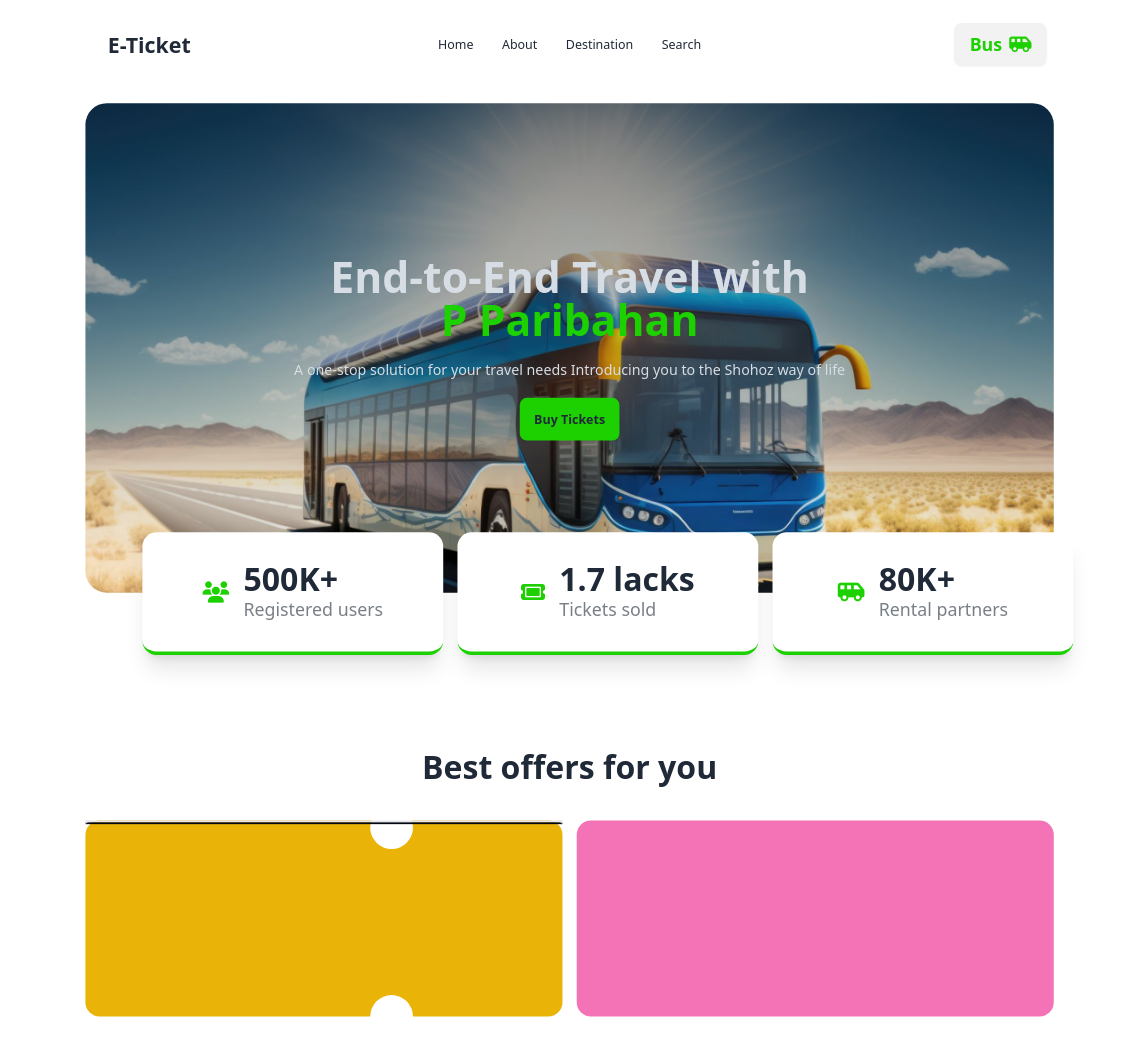
Repository: RudrasahaDibos/Smart-ticketing
Page: index.html
An editor plug-in stored every save of this project. The page is shown before and after a run of saves, followed by the edit.
The browser window is 1280 px wide. The pictures show the whole page, at 89% of full size.
Some web fonts or font styles are not loaded; a fallback is used. Some web libraries are served in a nearby version.

Above is the page before, as saved 2024-11-10 01:26:16.

### index.html
<!DOCTYPE html>
<html lang="en">
<head>
    <meta charset="UTF-8">
    <meta name="viewport" content="width=device-width, initial-scale=1.0">
    <title>Smart-ticketing</title>
    <!-- tailwind link -->
<link href="https://cdn.jsdelivr.net/npm/daisyui@4.12.14/dist/full.min.css" rel="stylesheet" type="text/css" />
<script src="https://cdn.tailwindcss.com"></script>
<!-- font awesome link -->
<link rel="stylesheet" href="https://cdnjs.cloudflare.com/ajax/libs/font-awesome/6.6.0/css/all.min.css" integrity="sha512-Kc323vGBEqzTmouAECnVceyQqyqdsSiqLQISBL29aUW4U/M7pSPA/gEUZQqv1cwx4OnYxTxve5UMg5GT6L4JJg==" crossorigin="anonymous" referrerpolicy="no-referrer" />

<!-- google fonts  -->
<link rel="preconnect" href="https://fonts.googleapis.com">
<link rel="preconnect" href="https://fonts.gstatic.com" crossorigin>
<link href="https://fonts.googleapis.com/css2?family=Anton+SC&family=Manrope:wght@200..800&family=Raleway:ital,wght@0,100..900;1,100..900&display=swap" rel="stylesheet">

<style>
.raleway{
  font-family: "Raleway", sans-serif;
}
</style>



</head>
<body>
    <!-- header ends here -->
    <header  class="container mx-auto lg:pl-24 lg:pr-24 lg:pt-4 w-[1400px]">
               <div>
                <!-- navbar starts here -->
                <div class="navbar bg-base-100">
                    <div class="navbar-start">
                      <div class="dropdown">
                        <div tabindex="0" role="button" class="btn btn-ghost lg:hidden">
                          <svg
                            xmlns="http://www.w3.org/2000/svg"
                            class="h-5 w-5"
                            fill="none"
                            viewBox="0 0 24 24"
                            stroke="currentColor">
                            <path
                              stroke-linecap="round"
                              stroke-linejoin="round"
                              stroke-width="2"
                              d="M4 6h16M4 12h8m-8 6h16" />
                          </svg>
                        </div>
                        <ul
                          tabindex="0"
                          class="menu menu-sm dropdown-content bg-base-100 rounded-box z-[1] mt-3 w-52 p-2 shadow">
                          <li><a>Home</a></li>
                          <li><a>About</a></li>
                          <li><a>Destination</a></li>
                          <li><a>Search</a></li>
                        </ul>
                      </div>
                      <a class="btn btn-ghost text-2xl font-extrabold">E-Ticket</a>
                    </div>
                    <div class="navbar-center hidden lg:flex">
                      <ul class="menu menu-horizontal px-1">
                        <li><a>Home</a></li>
                        <li><a>About</a></li>
                        <li><a>Destination</a></li>
                        <li><a>Search</a></li>
                      </ul>
                    </div>
                    <div class="navbar-end">
                      <a class="btn text-[#1DD100]  border-1  text-xl">Bus <i class="fa-solid fa-van-shuttle"></i></a>
                    </div>
                  </div>
               </div>

              <!-- banner start here -->

              <div
              class="hero h-[550px] mt-8 bg-[url('/images/banner.png')] rounded-3xl relative">

              <div class="hero-content text-neutral-content text-center">
                <div class="">
                  <h1 class="mb-5 text-5xl font-extrabold">End-to-End Travel with <br> <span class="text-5xl text-[#1DD100]  font-extrabold">P Paribahan</span></h1>
                  <p class="mb-5">
                    A one-stop solution for your travel needs

                    Introducing you to the Shohoz way of life
                  </p>
                  <button class="btn bg-[#1DD100] border-none">Buy Tickets</button>
                </div>
              </div>
            </div>



                 <!-- banner end here -->

                <!-- 3 card start here  -->

                        <div class=" flex justify-between items-center gap-4 pl-16 pr-16 absolute -bottom-4   ">
                            <div class="stat flex bg-white justify-center items-center shadow-xl  border-b-4 border-b-[#1DD100]  rounded-2xl w-[338px] h-[138px]">
                                <div class="text-[#1DD100] text-2xl font-extrabold ">
                                    <i class="fa-solid fa-users"></i>
                                  </div>

                             <div>
                                <div class="stat-value">500K+</div>
                                <div class="stat-desc text-xl ">Registered users</div>
                             </div>


                            </div>

                            <div class="stat flex bg-white justify-center items-center  border-b-4 border-b-[#1DD100] shadow-xl  rounded-2xl w-[338px] h-[138px]">
                                <div class="text-[#1DD100] text-2xl font-extrabold ">
                                    <i class="fa-solid fa-ticket  "></i>

                                  </div>

                             <div>
                                <div class="stat-value">1.7 lacks</div>
                                <div class="stat-desc text-xl ">Tickets sold</div>
                             </div>


                            </div>

                            <div class="stat flex bg-white justify-center items-center  border-b-4 border-b-[#1DD100] shadow-xl  rounded-2xl w-[338px] h-[138px]">
                                <div class="text-[#1DD100] text-2xl font-extrabold ">
                                    <i class="fa-solid fa-van-shuttle"></i>

                                  </div>

                             <div>
                                <div class="stat-value">80K+</div>
                                <div class="stat-desc text-xl ">Rental partners</div>
                             </div>


                            </div>
                          </div>




                  <!-- 3 card ends here -->

               <!-- navbar Ends here -->
    </header>
    <!-- header ends here -->


     <!-- main start here -->
    <main class="container mx-auto lg:pl-24 lg:pr-24 lg:pt-4 w-[1400px]" >
                  <!-- Best offers for you start here -->
                     <section class="mt-40">
                               <h1 class="text-4xl font-semibold text-center">Best offers for you</h1>

                                <div class="flex gap-4 mt-10">
                                    <div class="bg-yellow-500  w-[573px] h-[220px]  rounded-2xl">
                                               <p class="bg-white w-[48px] h-[48px] absolute mx-auto rounded-full ml-80 -mt-4  "></p>


                                                <p class="border-2 relative   border-b-gray-950"></p>

                                               <p class="bg-white w-[48px] h-[48px] absolute mx-auto rounded-full ml-80 mt-48  "></p>
                                    </div>
                                    <div class="bg-pink-400   w-[573px] h-[220px] rounded-2xl">

                                    </div>
                                </div>
                     </section>

                  <!-- Best offers for you ends here -->
    </main>
    <!-- main ends here -->



    <!-- js add -->
     <script src="index.js"></script>
</body>
</html>

Loaded but not shown: index.js (common file)

After the next 2 saves:
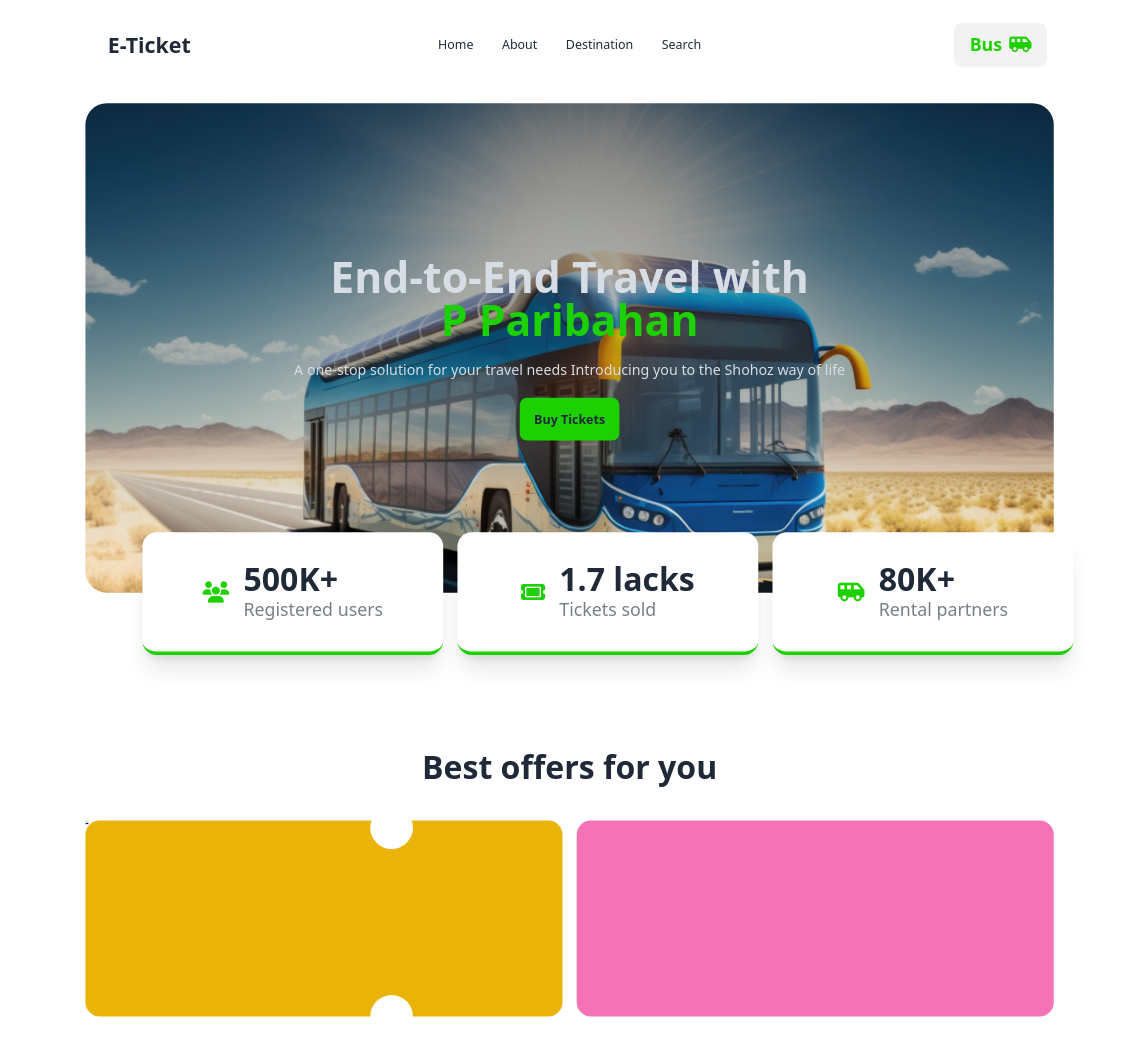
The 2 saves are shown as one change because they came seconds apart.
The last was saved 12 s later.
--- a/index.html
+++ b/index.html
@@ -159,7 +159,7 @@
                                                <p class="bg-white w-[48px] h-[48px] absolute mx-auto rounded-full ml-80 -mt-4  "></p>
 
 
-                                                <p class="border-2 relative   border-b-gray-950"></p>
+                                                <p class="border-2 relative w-0  border-b-gray-950"></p>
 
                                                <p class="bg-white w-[48px] h-[48px] absolute mx-auto rounded-full ml-80 mt-48  "></p>
                                     </div>
